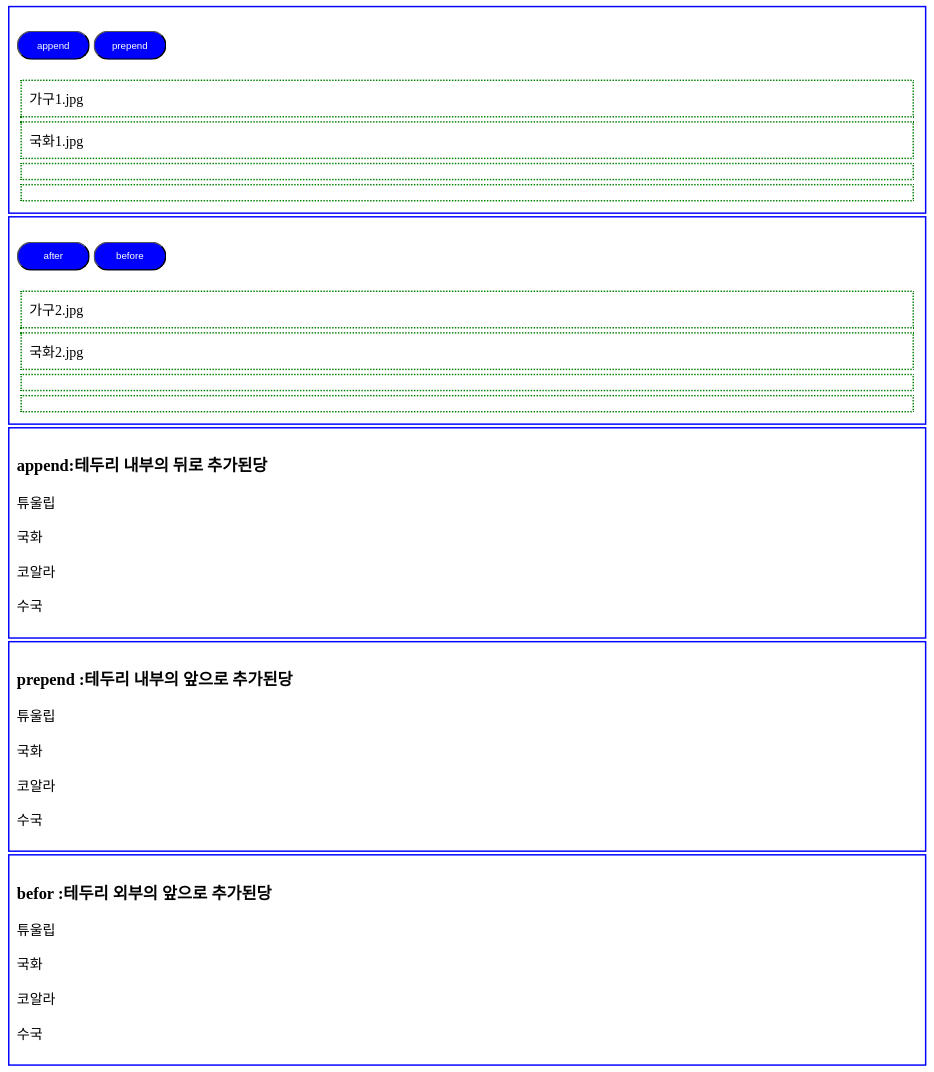
Repository: patternlobe-stack/MY_repository
Page: webpro/src/main/webapp/0916/추가메소드.html
The author's editor kept a copy of each file at every save. The page is drawn from the files as they stood at one save, then again after the next save.
The browser window is 1280 px wide. The pictures show the whole page, at 73% of full size.

Above is the page before, as saved 2025-09-16 06:09:27.

### webpro/src/main/webapp/0916/추가메소드.html
<!DOCTYPE html>
<html>
<head>
<meta charset="UTF-8">
<title>Insert title here</title>
<link rel="stylesheet"  href="../css/public.css">
<script src="../js/jquery-3.7.1.js"></script>
<style>
  img {
    width: 80px;
	height:50px;
  }
</style>

<script>


$(()=>{
		$('#btn1').on('click', ()=>{
			//img태그 만들기
		vimg =$(`<img src='../images/가구1.jpg' alt=' 가구1.jpg'>` )

	//	$('#result1').append(vimg);
			$(vimg).appendTo($('#result1'));
		})
$('#btn2').on('click', ()=>{

	//img태그 만들기
	vimg = $(`<img src='../images/국화1.jpg' alt='국화1.jpg'>`);
//	$('#result2').prepend(vimg)

	$(vimg).prependTo($('#result2'))

})
	$('#btn3').on('click', ()=>{
		vimg = $(`<img src='../images/가구1.jpg' alt='가구1.jpg'>`);
		$('#result3').after(vimg);
		$(vimg).insertAfter($('result3'))
	})
	$('#btn4').on('click', ()=>{
		vimg = $(`<img src='../images/호랑이.jpg' alt='가구1.jpg'>`);
		$('#result4').before(vimg);


	})

	$('.boxp p').on('click', function() {
	    let vimg = $(`<img src='../images/Tulips.jpg' alt='호랑이'>`);
	    $(this).append(vimg);
	});
		$('.prebox p').on('click', function() {
		    let vimg = $(`<img src='../images/Tulips.jpg' alt='호랑이'>`);
		    $(this).prepend(vimg);
		});

		$('.befbox p').on('click', function() {
		    let vimg = $(`<img src='../images/Tulips.jpg' alt='호랑이'>`);
		    $(this).before(vimg);

		});
})

</script>

</head>
<body>


<div class="box">
      <h3>
      </h3>
      <input type="button" value="append" id="btn1" />
      <input type="button" value="prepend" id="btn2" />
      <br /><br />

	  <div>가구1.jpg</div>
	  <div>국화1.jpg</div>

      <div id="result1"></div>
      <div id="result2"></div>
</div>

<div class="box">
      <h3>
      </h3>
      <input type="button" value="after" id="btn3" />
      <input type="button" value="before" id="btn4" />
      <br /><br />

	  <div>가구2.jpg</div>
	  <div>국화2.jpg</div>

      <div id="result3"></div>
      <div id="result4"></div>
</div>

      <div class="box boxp">
      <h3>
      append:테두리 내부의  뒤로 추가된당
      </h3>
          <p title="Tulips">튜울립</p>
		  <p title="Chrysanthemum">국화</p>
		  <p title="Koala">코알라</p>
		  <p title="Hydrangeas">수국     </p>

</div>

      <div class="box prebox">
      <h3>
      prepend :테두리 내부의  앞으로 추가된당
      </h3>
          <p title="Tulips">튜울립</p>
		  <p title="Chrysanthemum">국화</p>
		  <p title="Koala">코알라</p>
		  <p title="Hydrangeas">수국     </p>

</div>

      <div class="box befbox">
      <h3>
      befor :테두리 외부의  앞으로 추가된당
      </h3>
          <p title="Tulips">튜울립</p>
		  <p title="Chrysanthemum">국화</p>
		  <p title="Koala">코알라</p>
		  <p title="Hydrangeas">수국     </p>

</div>

</body>
</html>

### webpro/src/main/webapp/css/public.css
@charset "UTF-8";

pre {
  border: 5px inset red;
  margin: 20px;
  padding: 10px;
  font-size: 1.3rem;
}
div {
  border: 2px dotted green;
  padding: 10px;
  margin: 5px;
  font-size: 1.2rem;
}

.box {
  border: 2px solid blue;
  margin: 3px;
  padding: 10px;
}
.box input[type="button"],
.box input[type="submit"] {
  background: blue;
  color: white;
  width: 100px;
  height: 40px;
  border-radius: 50px;
}

Loaded but not shown: webpro/src/main/webapp/js/jquery-3.7.1.js (library)

After the next save:
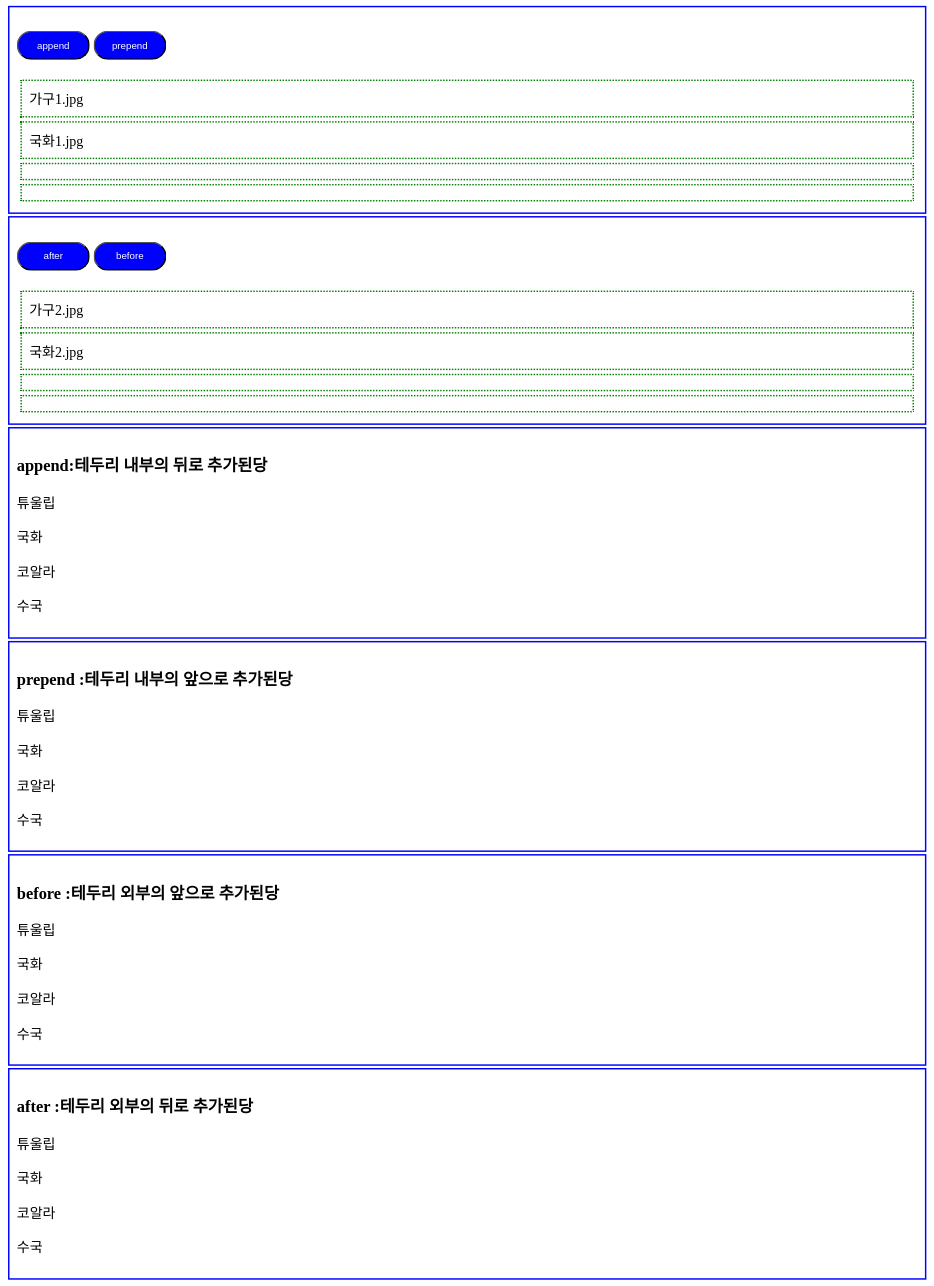
Saved 47 s later.
--- a/webpro/src/main/webapp/0916/추가메소드.html
+++ b/webpro/src/main/webapp/0916/추가메소드.html
@@ -118,7 +118,19 @@ $('#btn2').on('click', ()=>{
 
       <div class="box befbox">
       <h3>
-      befor :테두리 외부의  앞으로 추가된당
+      before :테두리 외부의  앞으로 추가된당
+      </h3>
+          <p title="Tulips">튜울립</p>
+		  <p title="Chrysanthemum">국화</p>
+		  <p title="Koala">코알라</p>
+		  <p title="Hydrangeas">수국     </p>
+
+</div>
+
+
+      <div class="box aftbox">
+      <h3>
+      after :테두리 외부의  뒤로 추가된당
       </h3>
           <p title="Tulips">튜울립</p>
 		  <p title="Chrysanthemum">국화</p>
